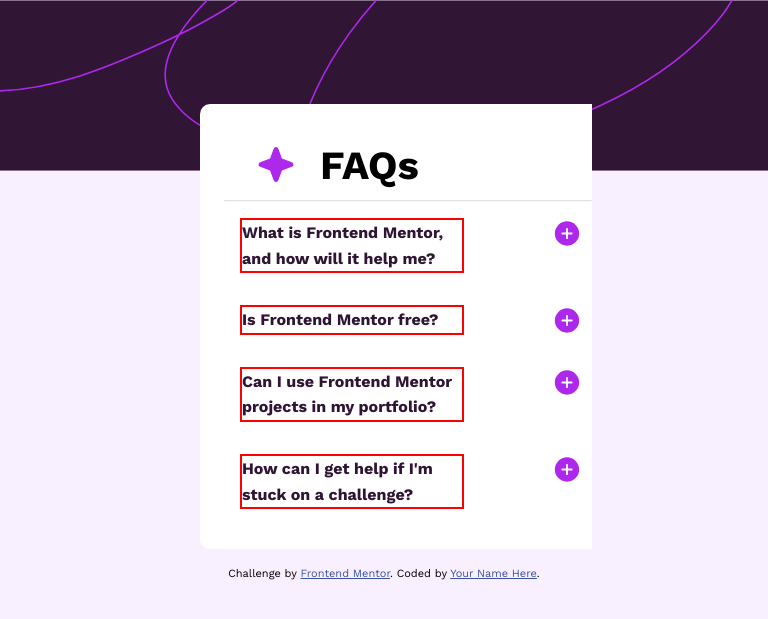
Repository: imokha01/accordion-main
Page: index.html
The author's editor kept a copy of each file at every save. The page is drawn from the files as they stood at one save, then again after a run of saves.
The browser window is 768 px wide. The pictures show the whole page.

Above is the page before, as saved 2023-12-26 11:03:14.

### index.html
<!DOCTYPE html>
<html lang="en">
  <head>
    <meta charset="UTF-8" />
    <meta name="viewport" content="width=device-width, initial-scale=1.0" />
    <!-- displays site properly based on user's device -->
    <link rel="stylesheet" href="./index.css">
    <link
      rel="stylesheet"
      href="https://cdnjs.cloudflare.com/ajax/libs/font-awesome/6.5.1/css/all.min.css"
      integrity="sha512-DTOQO9RWCH3ppGqcWaEA1BIZOC6xxalwEsw9c2QQeAIftl+Vegovlnee1c9QX4TctnWMn13TZye+giMm8e2LwA=="
      crossorigin="anonymous"
      referrerpolicy="no-referrer"
    />
    <link
      rel="icon"
      type="image/png"
      sizes="32x32"
      href="./assets/images/favicon-32x32.png"
    />
    <link rel="preconnect" href="https://fonts.googleapis.com" />
    <link rel="preconnect" href="https://fonts.gstatic.com" crossorigin />
    <link
      href="https://fonts.googleapis.com/css2?family=Work+Sans:wght@400;600;700&display=swap"
      rel="stylesheet"
    />
    <title>Frontend Mentor | FAQ accordion</title>
    <!-- Feel free to remove these styles or customise in your own stylesheet 👍 -->
    <style>
      .attribution {
        font-size: 11px;
        text-align: center;
        margin-top: 1rem;
      }
      .attribution a {
        color: hsl(228, 45%, 44%);
      }
    </style>
  </head>
  <body>
    <div class="container">
      <div class="wrapper">
        <!-- first div content -->
        <main>
          <div id="header">
            <img src="./assets/images/icon-star.svg" alt="star-icon">
            <p id="headerpara">FAQs</p>
          </div>
          <hr>
          <div class="Div" id="div1">
            <div class="title">
              <p class="question">What is Frontend Mentor, and how will it help me?</p>
            </div>
            <div class="para">
              <p id="para1">
                Frontend Mentor offers realistic coding challenges to help developers
                improve their frontend coding skills with projects in HTML, CSS, and
                JavaScript. It's suitable for all levels and ideal for portfolio
                building.
              </p>
            </div>
          </div>
          <!-- second div content -->
          <div class="Div" id="div2">
            <div class="title">
              <p class="question">Is Frontend Mentor free?</p>
            </div>
            <div class="para">
              <p id="para2">
                Yes, Frontend Mentor offers both free and premium coding challenges,
                with the free option providing access to a range of projects suitable
                for all skill levels.
              </p>
            </div>
          </div>
          <!-- third div content -->
          <div class="Div" id="div3">
            <div class="title">
              <p class="question">Can I use Frontend Mentor projects in my portfolio?</p>
            </div>
            <div class="para">
              <p id="para3">
                Yes, you can use projects completed on Frontend Mentor in your
                portfolio. It's an excellent way to showcase your skills to potential
                employers!
              </p>
            </div>
          </div>
          <!-- fourth div content -->
          <div class="Div" id="div4">
            <div class="title">
              <p class="question">How can I get help if I'm stuck on a challenge?</p>
            </div>
            <div class="para">
              <p id="para4">
                The best place to get help is inside Frontend Mentor's Discord
                community. There's a help channel where you can ask questions and seek
                support from other community members.
              </p>
            </div>
          </div>
        </main>
        <!-- footer div -->
        <div class="attribution">
          Challenge by
          <a href="https://www.frontendmentor.io?ref=challenge" target="_blank"
            >Frontend Mentor</a
          >. Coded by <a href="#">Your Name Here</a>.
        </div>
      </div>
    </div>
    <script src="./index.js"></script>
  </body>
</html>

### index.css
:root {
    --White: hsl(0, 0%, 100%);
    --lightPink: hsl(275, 100%, 97%);
    --grayishPurple: hsl(292, 16%, 49%);
    --darkPurple:  hsl(292, 42%, 14%);
    --workSans: 'Work Sans', sans-serif;
}

* {
    margin: 0;
    padding:0;
    box-sizing: border-box;
}

body {
    font-size: 16px;
    font-family: var(--workSans);
    background-color: var(--lightPink);
    position: relative;
    line-height: 1.6;
}

.container  {
    background-image: url("./assets/images/background-pattern-desktop.svg");
    background-repeat: no-repeat;
    background-size: contain;
    display: flex;
    flex-direction: column;
    justify-content: center;
    align-items: center;
    overflow: hidden;
}

hr {
    background-color: var(--lightPink);
    margin-top: .7rem;
    opacity: 0.3;
}

.wrapper {
    width: 35rem;
    padding: 1.5rem;
    left: 30rem;
    border-radius: 10px;
    transition: height 0.5s ease-in 1ms;
    overflow: hidden;
}

main  {
    background-color: #fff;
    border-radius: 10px;
    padding: inherit;
    width: inherit;
    overflow: hidden;
    margin-top: 5rem;
    transition: height 0.5s ease-in 1ms;
    overflow: hidden;
}

#headerpara {
    font-size: 2.5rem;
    font-weight: 700;
    margin : -.6rem 1.5rem;

}

#header > img{
    padding-left: 2rem;
}

div#header {
    display: flex;
    flex-direction: row;
    justify-content: flex-start;
    align-items: flex-start;
    width: 10rem;
    margin-top: 1rem;
}

.Div {
    display: flex;
    flex-direction: column;
    justify-content: flex-start ;
    padding: 1rem;
    height: fit-content;
    transition: height 0.5s ease-in;

}

.title {
    display: flex;;
    justify-content: space-between;
}

.Div div  img {
    cursor: pointer;
}

.title p {
    font-weight: 700;
    color: var(--darkPurple);
    cursor: pointer;
    width: 21.875rem;
}

.para {
    color: var(--grayishPurple);
    margin-top: 1.2rem;
    transition: height 0.5s ease-in 1s;
    overflow: hidden;
    display: none;
}

.title{
    position: relative;
    width: 90%;

}
.title::after{
    content:  url(./assets/images/icon-plus.svg);
    position: absolute;
    right: -40px;
}

.active::after{
    content: url(./assets/images/icon-minus.svg);
    right: -40px;

}

.active, .question:hover {
    content: "";
}

@media (max-width: 768px){
    .wrapper {
        width: 26rem;
    }

    .title  p{
        border: 2px solid red;
        width: 14rem;
    }

    .title {

    }
}

### index.js
// const answer = document.getElementsByClassName("para");
const question = document.getElementsByClassName("title");

for (let i = 0; i < question.length; i++ ) {
    question[i].addEventListener("click", function(){
        this.classList.toggle("active");
        let active = this.addEventListener.nextElementSibling;
        let para = this.nextElementSibling;
        if(para.style.display === "block"){
            para.style.display = "none";
        } else {
            para.style.display = "block";
        }
    });
}





// var acc = document.getElementsByClassName("accordion");
// var i;

// for (i = 0; i < acc.length; i++) {
//   acc[i].addEventListener("click", function() {
//     /* Toggle between adding and removing the "active" class,
//     to highlight the button that controls the panel */
//     this.classList.toggle("active");

//     /* Toggle between hiding and showing the active panel */
//     var panel = this.nextElementSibling;
//     if (panel.style.display === "block") {
//       panel.style.display = "none";
//     } else {
//       panel.style.display = "block";
//     }
//   });
// }

After the next 3 saves:
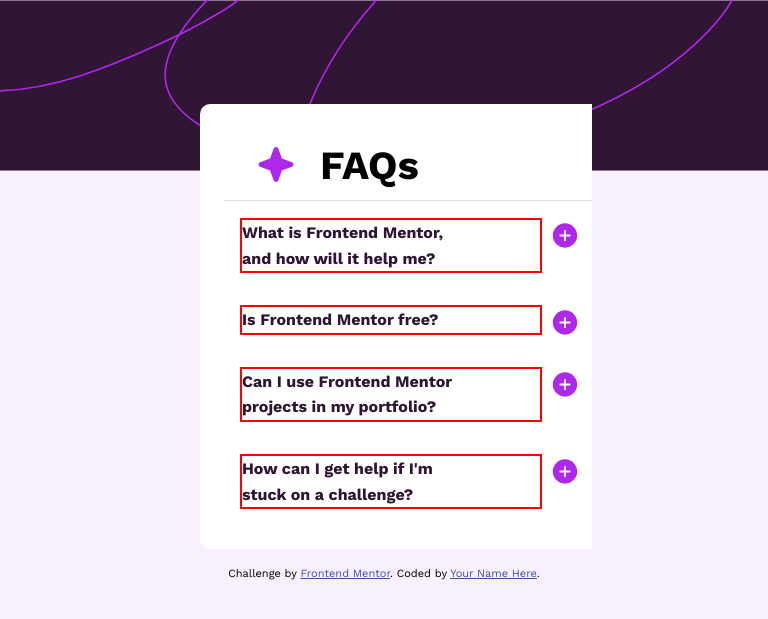
The 3 saves are shown as one change because they came seconds apart.
The last was saved 11 s later.
--- a/index.css
+++ b/index.css
@@ -138,11 +138,10 @@
     }
 
     .title  p{
-        border: 2px solid red;
         width: 14rem;
     }
 
     .title {
-
+        border: 2px solid red;
     }
 }
